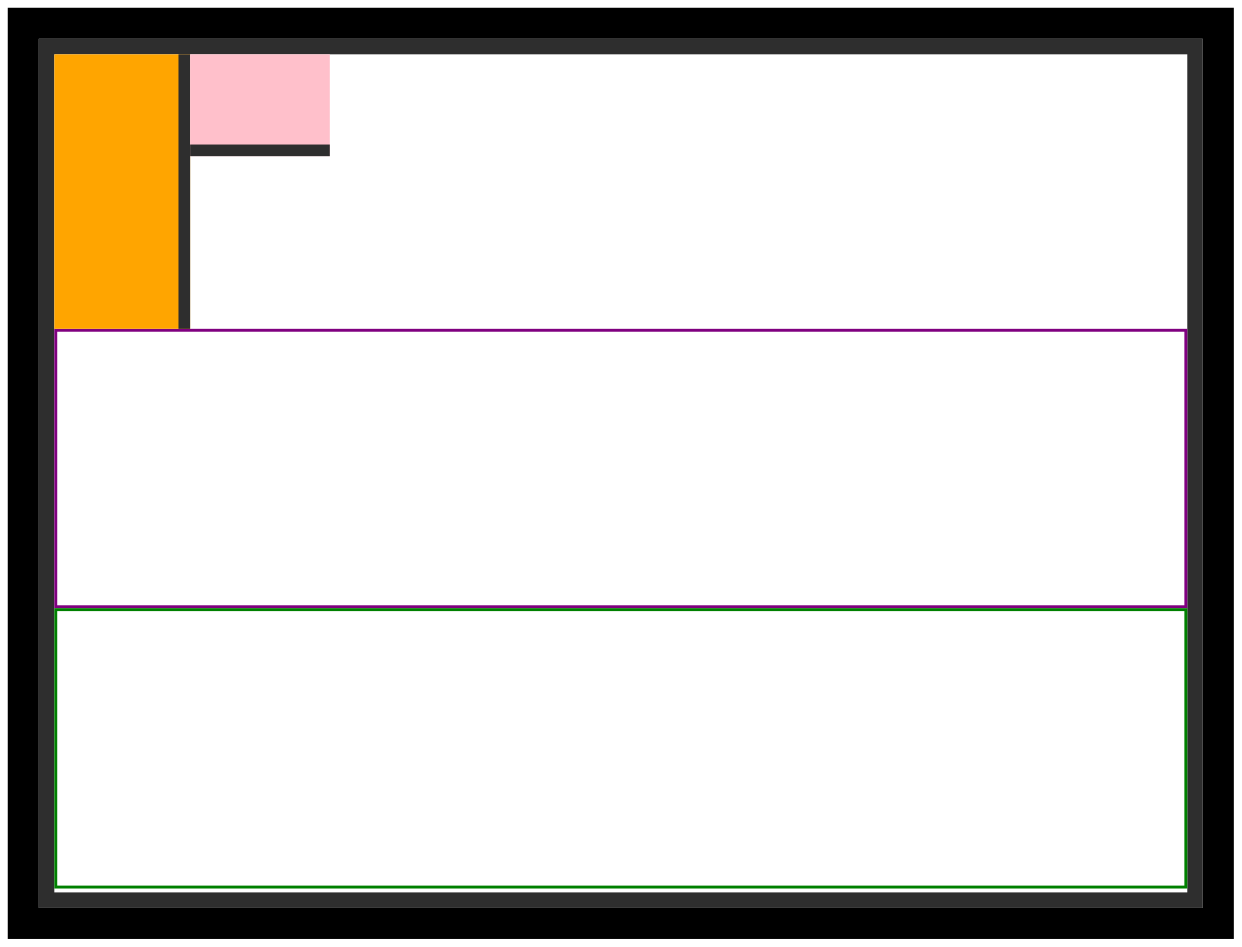
Repository: Tsardines/mondrian
Page: index.html
The author's editor kept a copy of each file at every save. The page is drawn from the files as they stood at one save, then again after the next save.
The browser window is 1280 px wide. The pictures show the whole page, at 97% of full size.
Some web fonts or font styles are not loaded; a fallback is used.

Above is the page before, as saved 2019-10-20 16:18:07.

After the next save:
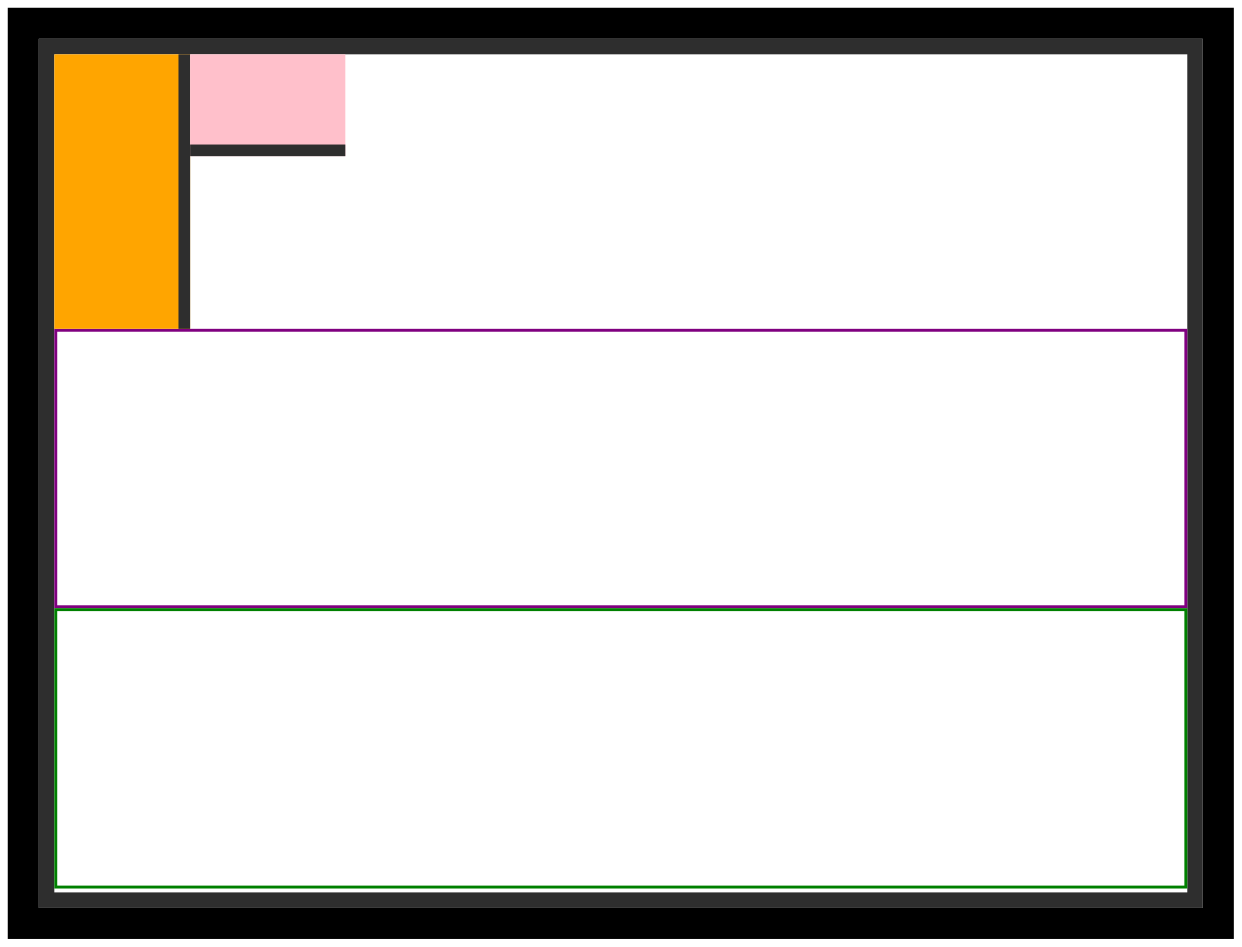
Saved 5 s later.
--- a/styles.css
+++ b/styles.css
@@ -36,5 +36,5 @@
     background-color: pink;
     border-bottom: 0.75rem solid rgb(46, 46, 46);
     height: 33%;
-    width: 9rem;
+    width: 10rem;
 }
